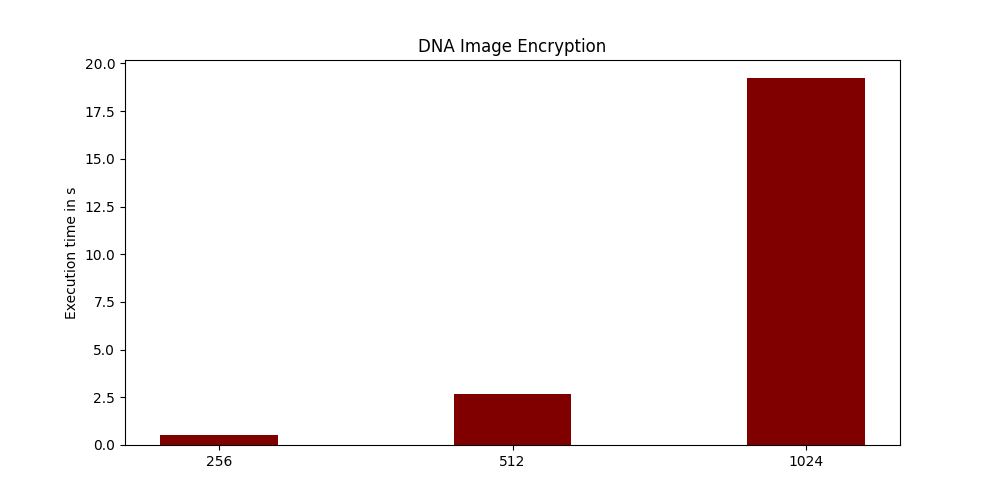
Repository: vishalsinghhh/DNA-cryptography-Project
Script's output: python DNA/Graphs.py
The author's editor kept a copy of each file at every save. The script's output is drawn from the files as they stood at one save, then again after the next save.
Random numbers start from a fixed seed.

Above is the script's output before, as saved 2023-04-11 03:38:35.

After the next save:
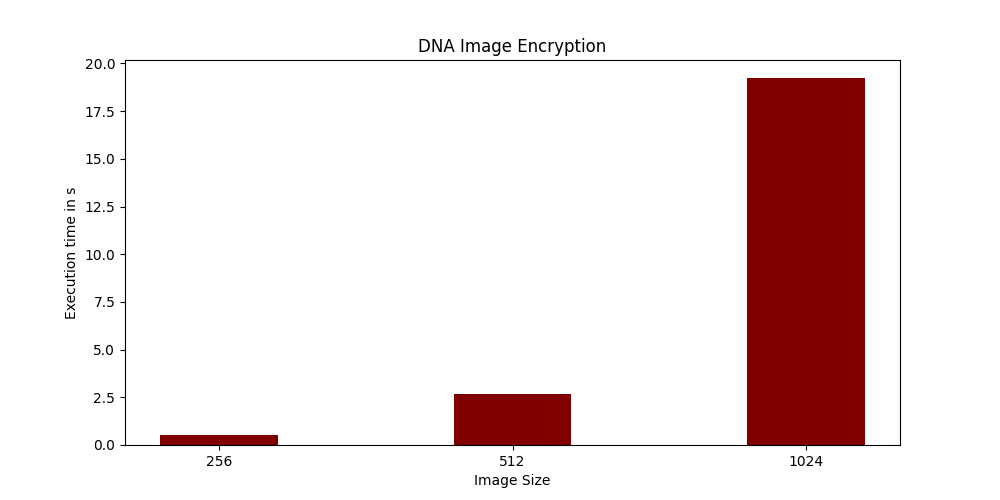
Saved 6 s later.
--- a/DNA/Graphs.py
+++ b/DNA/Graphs.py
@@ -13,7 +13,7 @@ fig = plt.figure(figsize = (10, 5))
 plt.bar(courses, values, color ='maroon',
         width = 0.4)
 
-plt.xlabel("")
+plt.xlabel("Image Size")
 plt.ylabel("Execution time in s")
 plt.title("DNA Image Encryption")
 plt.show()
